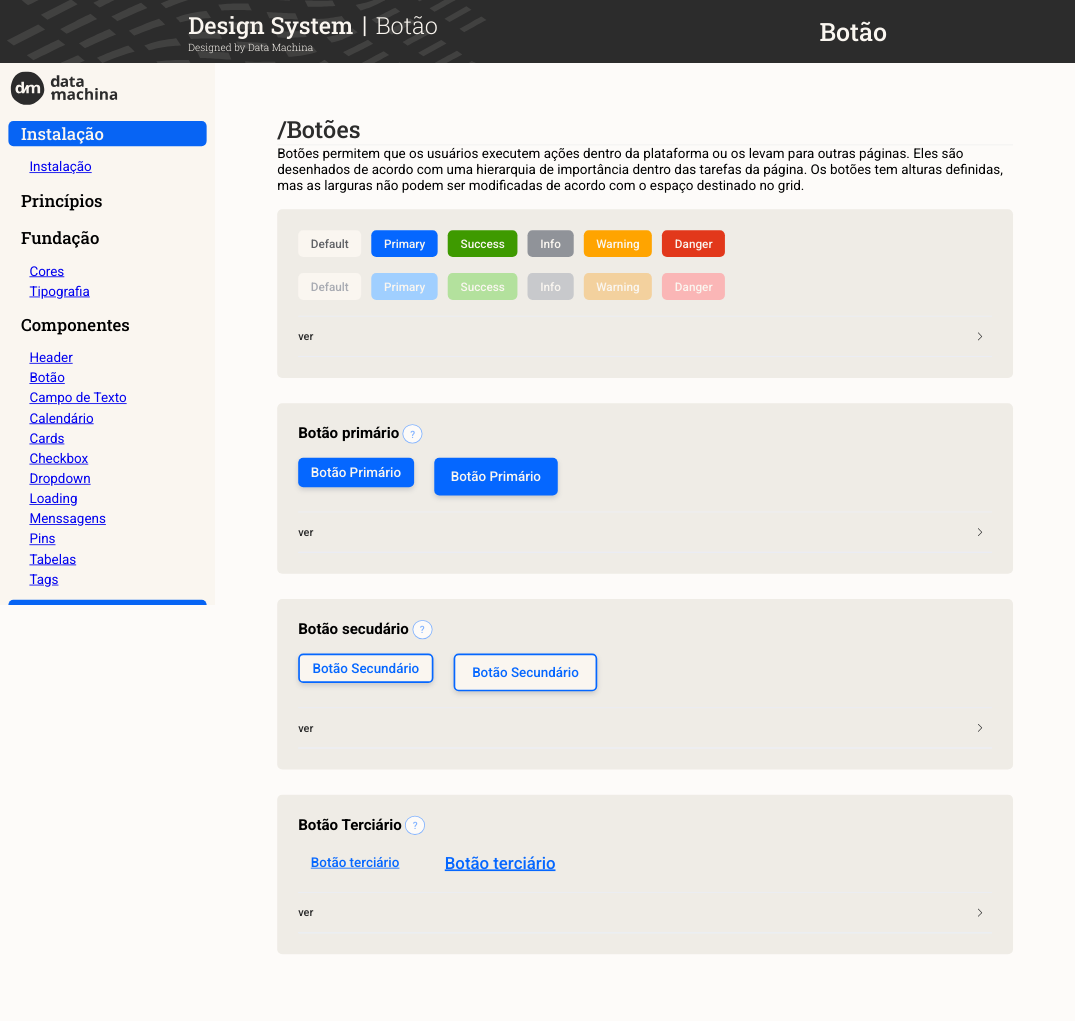
Repository: gustavoemmanoel/DM-Design-System
Page: /#/BotaoDs
The author's editor kept a copy of each file at every save. The page is drawn from the files as they stood at one save, then again after the next save.
The browser window is 1280 px wide. The pictures show the whole page, at 84% of full size.
The project was rebuilt for these pictures with package versions that can differ from the ones it lists, and the page was loaded fresh each time. Also part of the build but not shown: vue.config.js, src/views/Installation/InstallationEl.vue, src/views/Fundacao/ColorsDs.vue, src/views/Fundacao/IconografiaDs.vue, src/views/Fundacao/TipografiaDs.vue, src/views/Componentes/HeaderPage.vue, src/views/Componentes/CalendarioDs.vue, src/views/Componentes/CampoTextoDs.vue and 9 more.

Above is the page before, as saved 2022-10-20 20:27:28.

### src/App.vue
<template>
  <div>
    <router-view />
  </div>
</template>

<script>
export default {
  name: "app",
};
</script>

<style>


@import 'index.css';

body {
  overflow-y: scroll;
  background: #fdfbf9;
  /* padding-top: 75px; */
}

.flex {
  display: flex;
  align-items: center;
}

</style>

<style>
.logo {
  width: 220px;
}

.el-header {
  background: green;
  position: fixed;
  width: 100%;
  padding: 0 !important;
  height: 75px !important;
  overflow: hidden;
}

.el-aside {
  margin-top: 75px;
  width: 256px;
}

footer {
  background: pink;
}

.containerInfos {
  background: var(--dm_creme_00);
  color: var(--dm_preto_00);
  border-radius: 6px;
  width: max-content;
  padding: 30px;
}

.componentsStyleContent {
  width: 100vw;
  /* background: gray; */
}

.el-main {
  margin: auto;
  margin-top: 75px;
  margin-bottom: 30px;
  max-width: 1020px;
  padding: 20px;
  padding: 60px 72px 20px 72px;
  box-sizing: border-box;
  border-radius: 6px;
}

.container-elementos {
  background: red;
  background: var(--dm_creme_01);
  width: 100%;
  border-radius: 6px;
  padding: 25px;
  margin-bottom: 30px;
}

.chaves,
.html_color_conteudo,
.html_codigos_blue,
.html_color_axx {
  display: inline;
  /* float: left;   */
}

.html_codigos_blue {
  color: #3375b9;
}
.html_color_conteudo {
  color: #2c2c2c;
}

.html_color_axx {
  color: var(--dm_roxo_C04);
}

/*  */

.html-line-height {
  line-height: 25px;
  background: rgba(151, 240, 151, 0.404);
}
</style>

### src/views/Componentes/BotaoDs.vue
<template>
  <el-container>
    <el-header>
      <HeaderDs :headerTitle="headerTitle" />
    </el-header>
    <el-container>
      <el-aside>
        <AsideComponent :btnAtivo="btnAtivo" />
      </el-aside>
      <el-main>
        <div>
          <h1>/Botões</h1>
          <div class="hr" />
          <p>
            Botões permitem que os usuários executem ações dentro da plataforma
            ou os levam para outras páginas. Eles são desenhados de acordo com
            uma hierarquia de importância dentro das tarefas da página. Os
            botões tem alturas definidas, mas as larguras não podem ser
            modificadas de acordo com o espaço destinado no grid.
          </p>
        </div>
        <br />




        <div class="container-elementos">
          <el-button>Default</el-button>
          <el-button type="primary">Primary</el-button>
          <el-button type="success">Success</el-button>
          <el-button type="info">Info</el-button>
          <el-button type="warning">Warning</el-button>
          <el-button type="danger">Danger</el-button>
          <br />
          <br />
          <el-button disabled>Default</el-button>
          <el-button type="primary" disabled>Primary</el-button>
          <el-button type="success" disabled>Success</el-button>
          <el-button type="info" disabled>Info</el-button>
          <el-button type="warning" disabled>Warning</el-button>
          <el-button type="danger" disabled>Danger</el-button>
          <br />
          <br />
          <el-collapse v-model="activeNames" @change="handleChange">
            <el-collapse-item title="ver" name="3" >
              <div class="html_codigos_blue">
                <!-- el-button default -->
                <el-row>
                  <el-row>&#60;el-button&#62;</el-row>
                  <div class="html_color_conteudo">Botão</div>
                  <p>&lt;/el-button&gt;</p>
                </el-row>
                <!-- el-button primario -->
                <el-row>
                  <el-row
                    >&#60;el-button type=
                    <div class="html_color_axx">primario</div>
                    &#62;</el-row
                  >
                  <div class="html_color_conteudo">Botão</div>
                  <p>&lt;/el-button&gt;</p>
                </el-row>
                <!-- el-button success -->
                <el-row>
                  <el-row
                    >&#60;el-button type=
                    <div class="html_color_axx">success</div>
                    &#62;</el-row
                  >
                  <div class="html_color_conteudo">Botão</div>
                  <p>&lt;/el-button&gt;</p>
                </el-row>
                <!-- el-button info -->
                <el-row>
                  <el-row
                    >&#60;el-button type=
                    <div class="html_color_axx">info</div>
                    &#62;</el-row
                  >
                  <div class="html_color_conteudo">Botão</div>
                  <p>&lt;/el-button&gt;</p>
                </el-row>
                <!-- el-button warning -->
                <el-row>
                  <el-row>&#60;el-button type=
                    <div class="html_color_axx">warning</div>
                    &#62;</el-row>
                  <div class="html_color_conteudo">Botão</div>
                  <p>&lt;/el-button&gt;</p>
                </el-row>
                <!-- el-button danger -->
                <el-row>
                  <el-row
                    >&#60;el-button type=
                    <div class="html_color_axx">danger</div>
                    &#62;</el-row
                  >
                  <div class="html_color_conteudo">Botão</div>
                  <p>&lt;/el-button&gt;</p>
                </el-row>
              </div>
            </el-collapse-item>
          </el-collapse>
        </div>
        <div
          class="container-elementos"
          v-for="(btnVfor, index) in btnConteudos"
          :key="index"
        >
          <h5 style="position: relative">
            {{ btnVfor.title }}
            <el-popover
              placement="top-start"
              :width="700"
              trigger="hover"
              :content="btnVfor.content"
            >
              <template #reference>
                <el-button size="small" class="tooltip">?</el-button>
              </template>
            </el-popover>
          </h5>
          <el-row>
            <el-col
              v-for="(btnGrid, index) in btnVfor.gridButtons"
              :key="index"
              class="cardsBtn"
            >
              <br />
              <div class="botoes">
                <el-button :type="btnGrid.type">
                  {{ btnGrid.btnText }}
                </el-button>
                <el-button :type="btnGrid.larger">
                  {{ btnGrid.btnText }}
                </el-button>
              </div>
              <br />
            </el-col>
          </el-row>
          <el-col :span="24">
            <el-collapse v-model="activeNames" @change="handleChange">
              <el-collapse-item title="ver" name="3">
                <div style="margin-left: 16px" class="html_codigos_blue">
                  <el-row
                    v-for="(style, index) in btnVfor.stringHTML"
                    :key="index"
                    class="html-line-height"
                  >
                    &lt;el-button type=
                    <div class="html_color_axx">{{ style.html }}</div>
                    &gt;
                    <div class="html_color_conteudo">Botão</div>
                    &lt;/el-button&gt;
                  </el-row>
                </div>
              </el-collapse-item>
            </el-collapse>
          </el-col>
        </div>
      </el-main>
    </el-container>
  </el-container>
</template>
<script>
import AsideComponent from "../ElementsDs/AsideComponent.vue";
import HeaderDs from "../../components/HeaderDs.vue";

export default {
  name: "BotaoDs",
  components: {
    AsideComponent,
    HeaderDs,
  },
  data() {
    return {
      headerTitle: "Botão",

      btnAtivo: { cores: "text-decoration: underline" },
      btnConteudos: [
        {
          content:
            "O botão primário é o que tem a maior ênfase na tela. É destinado à ação essencial do usuário para executar a tarefa principal da página. Possui quatro estados diferentes: ativo, hover, click e bloqueado. Também possui dois tamanhos: o padrão, mais utilizado; e o grande, para casos onde é necessário ainda mais destaque na página, por exemplo na tela de login.",
          title: "Botão primário",
          gridButtons: [
            /* Primeiro */
            {
              btnText: "Botão Primário",
              uso: "Quando o botão está disponível na tela para ser clicado.",
              type: "primario",
              larger: "primario-larger",
            },
          ],

          stringHTML: [
            {
              html: '"primario"',
            },
            {
              html: '"primario-larger"',
            },

            // { html: '<el-button type="primario-larger">Primário<el-button> ' },
          ],
        },
        /* Segundo */
        {
          content:
            "O botão secundário é destinado à ações que tem menor importância em relação à ação principal da página ou em páginas que contenham mais de uma ação primária. Possui quatro estados diferentes: ativo, hover, click e bloqueado. Possui  também dois tamanhos: o padrão, mais utilizado; e o grande, para casos onde é necessário ainda mais destaque na página.",
          title: "Botão secudário",
          gridButtons: [
            {
              btnText: "Botão Secundário",
              type: "secundario",
              larger: "secundario-larger",
            },
          ],
          stringHTML: [
            { html: '"secundario"' },
            {
              html: '"secundario-larger"',
            },
          ],
        },
        /* Terceiro */
        {
          content:
            "O botão terciário é usado em ações de pouca importância e não deve ser o único botão da página. Geralmente guia para elementos externos ao sistema. Possui quatro estados diferentes: ativo, hover, click e bloqueado. Ele só possui o tamanho padrão.",
          title: "Botão Terciário",
          gridButtons: [
            {
              btnText: "Botão terciário",
              type: "terciario",
              larger: "terciario-larger",
            },
          ],
          stringHTML: [
            { html: '"terciario"' },
            {
              html: '"terciario-larger"',
            },
          ],
        },
      ],
    };
  },
};
</script>

<style scoped>
.cardsBtn {
  border-radius: 6px;
  width: 50px;
}

.botoes {
  display: flex;
  gap: 12px;
}

.codigos {
  display: grid;
}

.tooltip {
  position: absolute;
  border: 1px solid var(--dm_azul_02);
  background: var(--dm_creme_02);
  border-radius: 50% !important;
  margin-left: 4px;
  color: var(--dm_azul_02);
  width: 10px !important;
  height: 23px !important;
}

.testtooltip:focus,
.tooltip:hover {
  color: var(--dm_azul_02);
  border-color: var(--dm_azul_02);
}
.el-collapse {
  --el-collapse-header-bg-color: none;
  --el-collapse-content-bg-color: none;
}
* {
  outline: none;
}
</style>

### src/views/PDF.vue
<template>
  <div>
    <div class="container">
      <div class="mestre">
        <div class="pai">
          <div class="filho">
            <div class="relatorio filhoDiv" >
              <img src="/logo.jpg">
              <div class="rela"> Relatório de rotas </div></div>
            <div class="romaneio filhoDiv">Roteiro X - Detalhes de Entrega</div>
          </div>
          <div class="data">01/01/2022</div>
        </div>
        <table>
          <tr class="veiculo">
            <td v-for="(totaisdados, index) in DadosTotais" :key="index">
              <b> {{ totaisdados.name }} </b>
              <p>{{ totaisdados.dados }}</p>
            </td>
          </tr>
        </table>
      </div>
      <br />
      <table class="cont-table">
        <tr class="titulo">
          <td><b> Identificação</b></td>
          <td><b>Endereço</b></td>
          <td><b>Distância</b></td>
          <td><b>Quantidade</b></td>
          <td><b>Peso</b></td>
          <td><b>Volume</b></td>
        </tr>
        <tr class="resp" v-for="(trTop, index) in dadosBackEnd" :key="index">
          <td v-for="(dado, index) in trTop.tr" :key="index">
            {{ dado.td }}
          </td>
        </tr>
      </table>
    </div>
  </div>
</template>
<script>
export default {
  name: "PDF",
  data() {
    return {
      DadosTotais: [
        {
          name: "Veículos",
          dados: "20",
        },
        {
          name: "N° de visitas",
          dados: "20",
        },
        {
          name: "Distância Total",
          dados: "100km",
        },
        {
          name: "Temp Total",
          dados: "223450",
        },
        {
          name: "Peso Total",
          dados: "34",
        },
        {
          name: "Volume Total",
          dados: "425643",
        },
        {
          name: "Ocupação Total",
          dados: "485603",
        },
      ],

      dadosBackEnd: [
        {
          tr: [
            { td: "Mateus" },
            { td: "Guilherme" },
            { td: "Gustavo" },
            { td: "Ivo" },
            { td: "Elisa" },
            { td: "Pedro" },

          ],
        },
        {
          tr: [
            { td: "Mateus" },
            { td: "Guilherme" },
            { td: "Gustavo" },
            { td: "Ivo" },
            { td: "Elisa" },
            { td: "Pedro" },

          ],
        },
        {
          tr: [
            { td: "Mateus" },
            { td: "Guilherme" },
            { td: "Gustavo" },
            { td: "Ivo" },
            { td: "Elisa" },
            { td: "Pedro" },

          ],
        },
        {
          tr: [
            { td: "Mateus" },
            { td: "Guilherme" },
            { td: "Gustavo" },
            { td: "Ivo" },
            { td: "Elisa" },
            { td: "Pedro" },

          ],
        },
        {
          tr: [
            { td: "Mateus" },
            { td: "Guilherme" },
            { td: "Gustavo" },
            { td: "Ivo" },
            { td: "Elisa" },
            { td: "Pedro" },

          ],
        },
        {
          tr: [
            { td: "Mateus" },
            { td: "Guilherme" },
            { td: "Gustavo" },
            { td: "Ivo" },
            { td: "Elisa" },
            { td: "Pedro" },

          ],
        },
        {
          tr: [
            { td: "Mateus" },
            { td: "Guilherme" },
            { td: "Gustavo" },
            { td: "Ivo" },
            { td: "Elisa" },
            { td: "Pedro" },

          ],
        },
        {
          tr: [
            { td: "Mateus" },
            { td: "Guilherme" },
            { td: "Gustavo" },
            { td: "Ivo" },
            { td: "Elisa" },
            { td: "Pedro" },

          ],
        },
        {
          tr: [
            { td: "Mateus" },
            { td: "Guilherme" },
            { td: "Gustavo" },
            { td: "Ivo" },
            { td: "Elisa" },
            { td: "Pedro" },

          ],
        },
        {
          tr: [
            { td: "Mateus" },
            { td: "Guilherme" },
            { td: "Gustavo" },
            { td: "Ivo" },
            { td: "Elisa" },
            { td: "Pedro" },

          ],
        },
        {
          tr: [
            { td: "Mateus" },
            { td: "Guilherme" },
            { td: "Gustavo" },
            { td: "Ivo" },
            { td: "Elisa" },
            { td: "Pedro" },

          ],
        },
        {
          tr: [
            { td: "Mateus" },
            { td: "Guilherme" },
            { td: "Gustavo" },
            { td: "Ivo" },
            { td: "Elisa" },
            { td: "Pedro" },

          ],
        },

      ],
    };
  },
};
</script>

<style scoped>
@import url("https://fonts.googleapis.com/css2?family=Roboto:ital,wght@0,100;0,300;0,400;0,500;0,700;0,900;1,100;1,300;1,400;1,500;1,700;1,900&display=swap");
/* Roboto */
/* font-family: 'Roboto', sans-serif; */

@import url("https://fonts.googleapis.com/css2?family=Roboto+Slab:wght@200;300;400;500;600;700;800;900&display=swap");
/* Roboto Slab */
/* font-family: 'Roboto Slab', serif; */




.container {
  width: 1000px;
  margin: auto;
  color: #2c2c2c !important;
}

.mestre {
  border-collapse: collapse;
  margin-top: 20px;
}
.relatorio {
  display: flex;
  font-size: 35px;
  align-items: center;
}

.relatorio img{
  width: 120px;
  object-fit: contain;
  position: absolute;
  margin-left: 10px;

}

.rela{
  width: 100%;
}


.pai {
  display: flex;
  font-size: 25px;
}
.filho {
  width: 728px;
}

.romaneio{
  text-align: center;
  display: flex;
  align-items: center;
  justify-content: center;
}
.filhoDiv {
  font-family: "Roboto Slab", serif;
  font-weight: bold;
  border-width: 1px 0 0 1px;
  border-color: #cacaca;
  border-style: solid;
  height: 60px;
  text-align: center;
  display: flex;
}
.data {
  font-family: "Roboto Slab", serif;
  font-weight: bold;
  display: flex;
  align-items: center;
  justify-content: center;
  font-size: 25px;
  width: 222px;
  text-align: center;
  border-width: 1px 1px 0 1px;
  border-color: #cacaca;
  border-style: solid;
}
table {
  border-collapse: collapse;
}
h1 {
  font-size: 16px;
  color: #2c2c2c;
}
.veiculo td {
  border-width: 1px;
  border-color: #cacaca;
  border-style: solid;
  height: 56px;
  width: 159px;
  padding: 10px;
  text-align: center;

  font-size: 18px;
}
.veiculo tr {
  margin-left: 400px;
  height: 40px;
}
.titulo td {
  font-size: 18px;
}

.cont-table > tr:nth-child(2n) {
  background: #f0f0f0;
}

.cont-table td {
  width: 190px;
}
td {
  border-width: 1px;
  border-color: #cacaca;
  border-style: solid;

  padding: 10px;
  text-align: center;
}
.resp td {
  font-weight: normal;
  font-size: 18px;
}
</style>

### src/components/HeaderDs.vue
<template>
  <div>
    <el-col class="header">
      <el-col :offset="4" :span="16" class="container-ds">
        <div>
          <div class="cont-ds">
            <p class="first-title">Design System</p>
            |
            <p class="second-title">{{ headerTitle }}</p>
          </div>
          <p class="sub-title">Designed by Data Machina</p>
        </div>
        <div class="align_right">
          <p class="principal">{{ headerTitle }}</p>
        </div>
        <img class="graf" src="/grafismo.svg" />
      </el-col>
    </el-col>
  </div>
</template>
<script>
export default {
  name: "HeaderDs",
  props: {
    headerTitle: String,
  },
};
</script>

<style scoped>
.header {
  display: flex;
  align-items: center;
  top: 0;
  /* position: fixed; */
  background-color: #2c2c2c;
  color: #faf6f0;
  height: 75px;
  overflow: hidden;
  width: 100%;
  z-index: 100;
}
.container-ds {
  display: flex;
  align-items: center;
}

.align_right {
  margin-left: auto;
}

.cont-ds {
  display: flex;
  align-items: center;
  gap: 10px;
  font-size: 28px;
}

.first-title {
  font-weight: 500;
  font-family: "Roboto Slab", serif;
}

.second-title {
  font-size: 28px;
  font-weight: 300;
  font-family: "Roboto Slab", serif;
}

.sub-title {
  font-size: 12px;
  font-weight: 300;
  font-family: "Roboto Slab", serif;
}

.principal {
  font-size: 30px;
  font-weight: 500;
  font-family: "Roboto Slab", serif;
}

.graf {
  position: absolute;
  height: 475px;
  left: 0;
  opacity: 0.1;
}
</style>

### src/views/ElementsDs/AsideComponent.vue
<template>
  <div class="side-bar">
    <img class="logo-dm" src="/logo.svg" />
    <!-- Princípios -->
    <div class="component-tag tag-ativa">Instalação</div>
    <div class="options">
      <router-link to="InstallationEl">Instalação</router-link>
    </div>
    <div class="component-tag">Princípios</div>
    <!-- Fundação -->
    <div class="component-tag">Fundação</div>
    <div class="options">
      <router-link to="ColorsDs" :style="btnAtivo.cores">Cores</router-link>
      <router-link to="TipografiaDs" :style="btnAtivo.tipografia"
        >Tipografia</router-link
      >
    </div>

    <!-- Componentes -->
    <div class="component-tag">Componentes</div>
    <div class="options">
      <router-link to="HeaderPage">Header</router-link>
      <router-link to="BotaoDs">Botão</router-link>
      <router-link to="CampoTextoDs">Campo de Texto</router-link>
      <router-link to="CalendarioDs">Calendário</router-link>
      <router-link to="CardsDs">Cards</router-link>
      <router-link to="CheckboxDs">Checkbox</router-link>
      <router-link to="DropdownDs">Dropdown</router-link>
      <router-link to="LoadingDs">Loading</router-link>
      <router-link to="MenssagensDs">Menssagens</router-link>
      <router-link to="PinsDs">Pins</router-link>
      <router-link to="TabelasDs">Tabelas</router-link>
      <router-link to="TagsDs">Tags</router-link>
    </div>
    <router-link to="SobreDs" class="component-tag tag-ativa"
      >Sobre</router-link
    >
    <!--  <el-footer>
      <img src="/grafismos/graf-01-background.svg" />
      <img src="/grafismos/graf-02-background.svg" />
    </el-footer> -->
  </div>
</template>

<script>
export default {
  name: "AsideComponent",
  props: {
    btnAtivo: String,
  },
};
</script>

<style scoped>
/*  */
.side-bar {
  position: fixed;
  background: #faf6f0;
  overflow-y: auto;
  width: 256px;
  /* padding: 17px; */
  height: calc(100vh - 75px);
  padding: 10px;
  padding-bottom: 30px;
}

.Principles {
  font-family: "Roboto Slab", serif;
  font-weight: 300;
}

.principles-1 {
  font-family: "Roboto Slab", serif;
  font-size: 30px;
  font-weight: 500;
}

.DS {
  font-size: 28px;
  font-family: "Roboto Slab", serif;
}

.logo-dm {
  height: 40px;
  width: 132px;
}

.component-tag {
  font-size: 20px;
  font-weight: 500;
  font-family: "Roboto Slab", serif;
  display: flex;
  align-items: center;
  padding-left: 15px;
  height: 30px;
  border-radius: 6px;
  margin: 15px 0;
}

.tag-ativa {
  background: #0764f4;
  color: #faf6f0;
}

.btn-aside {
  display: flex;
  flex-direction: column;
  align-items: flex-start;
  gap: 5px;
  padding: 10px 0;
}

.btn-aside button {
  background: none;
  border: none;
  font-size: 18px;
  font-weight: 400;
  margin-left: 25px;
  transition: 0.3s;
  cursor: pointer;
}

.btn-aside button:hover {
  color: #0764f4;
  transition: 0.3s;
}

.options {
  display: flex;
  flex-direction: column;
  gap: 5px;
  margin: 10px 0 10px 25px;
}

.options p {
  font-size: 18px;
  font-weight: 400;
  cursor: pointer;
  transition: 0.2s;
}

.options p:hover {
  transition: 0.2s;
  color: var(--dm_cinza_02);
}

footer {
  position: absolute;
  bottom: 0;
  left: 0;
  width: 100%;
  background: #2c2c2c;
  padding: 0;
}
</style>

Loaded but not shown: public/index.html (common file); src/index.css (library); src/router/index.js (133 lines, source omitted); src/main.js (14 lines, source omitted); src/views/Componentes/TagsDs.vue (215 lines, source omitted)

After the next save:
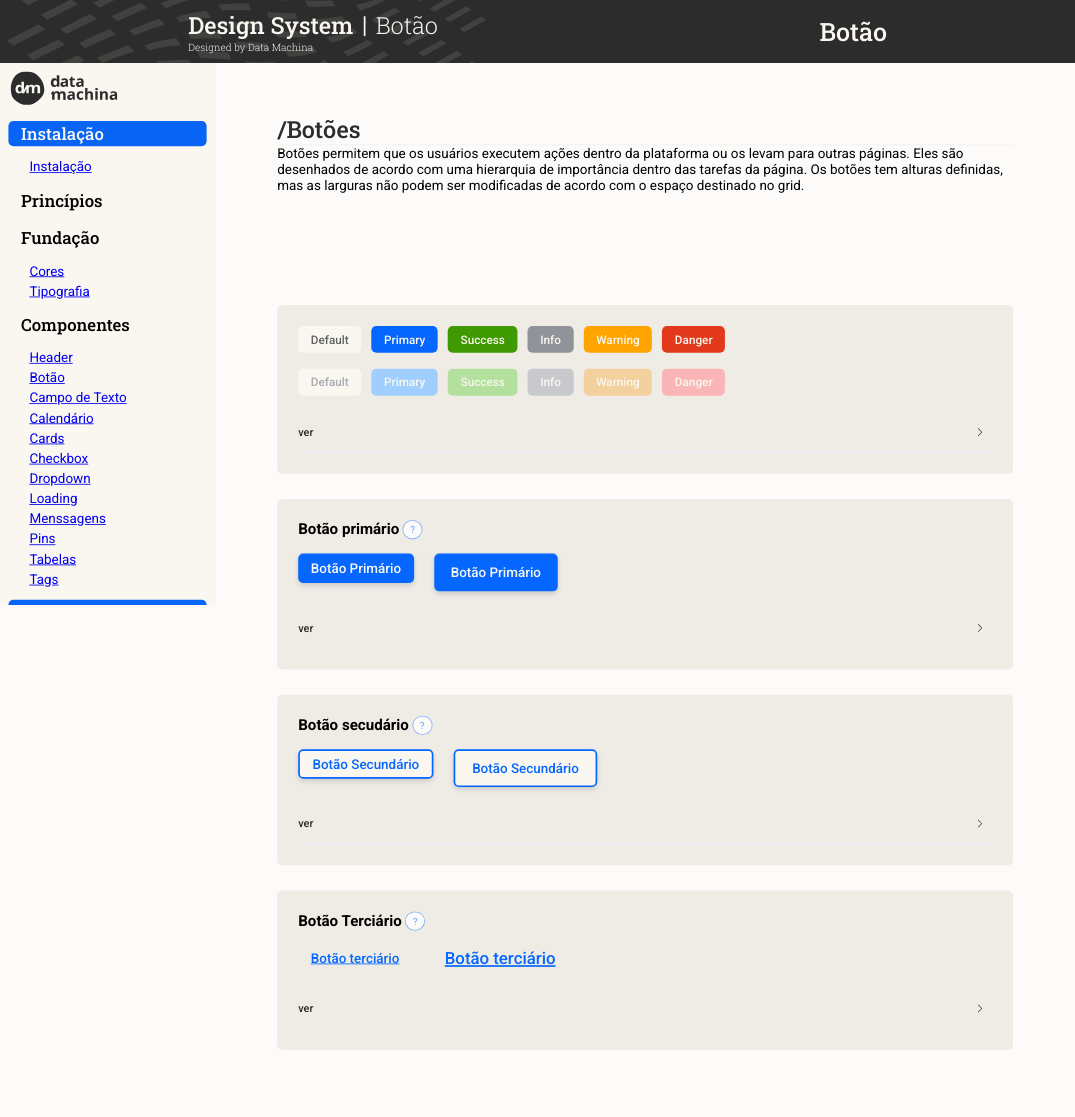
Saved 4 s later.
--- a/src/views/Componentes/BotaoDs.vue
+++ b/src/views/Componentes/BotaoDs.vue
@@ -19,6 +19,13 @@
             modificadas de acordo com o espaço destinado no grid.
           </p>
         </div>
+        <br />
+        <br />
+        <br />
+
+        <br />
+        <br />
+        <br />
         <br />
 
 
